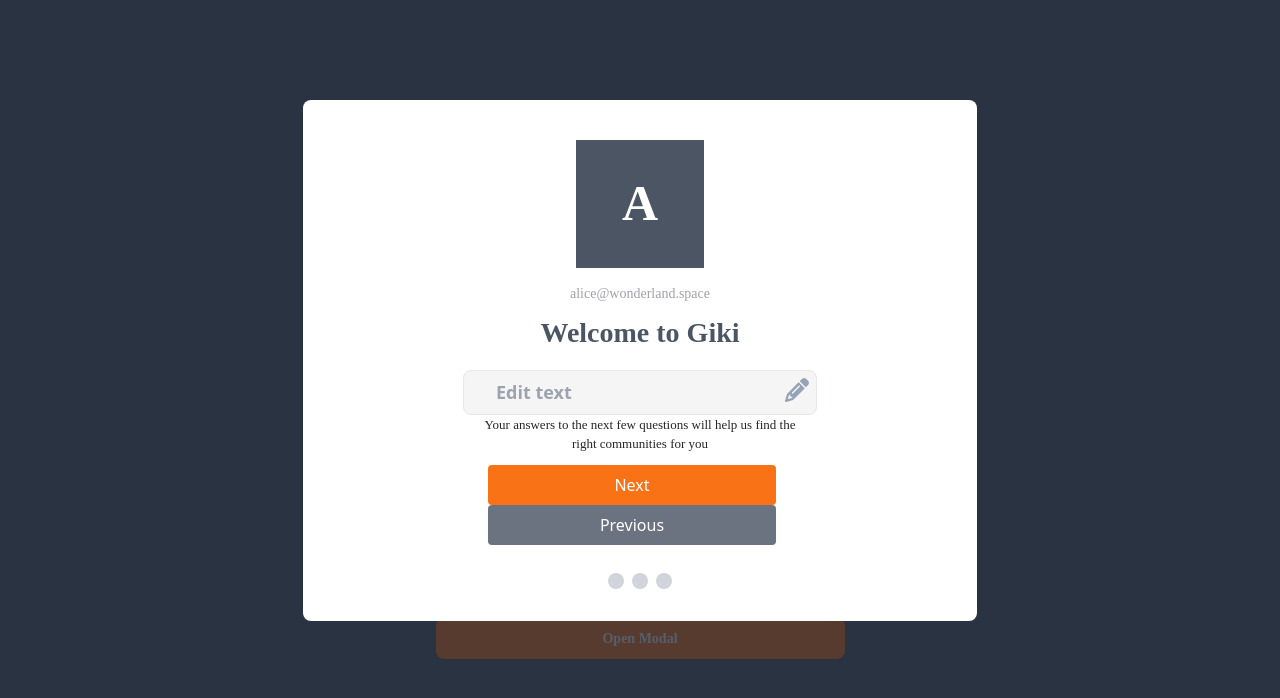
Repository: ZakariaZhlat125/lucatctyteste
Page: /, after clicking the first element matching `button.mt-36`
These files come from the project's save history. The page is drawn as it stood at one moment and after the next save; the edit follows.
The browser window is 1280 px wide. The pictures show the whole page.
The project was rebuilt for these pictures with package versions that can differ from the ones it lists, and the page was loaded fresh each time. Also part of the build but not shown: vite.config.js, src/Components/ModalComponents/PickLang.jsx, src/Components/ModalComponents/SelectImage.jsx.

Above is the page before, as saved 2023-09-29 11:32:10.

After the next save:
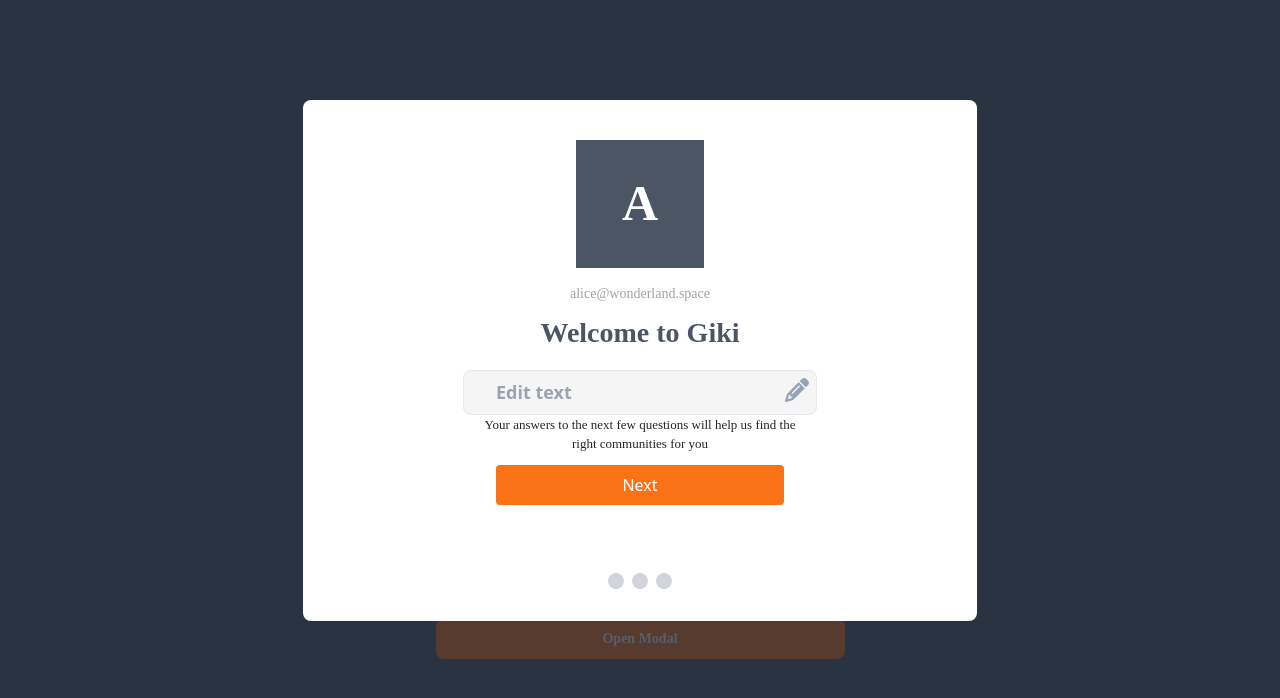
Saved 21 s later.
--- a/src/Components/ModalComponents/Modal.jsx
+++ b/src/Components/ModalComponents/Modal.jsx
@@ -55,9 +55,9 @@
         </button>
         <button
           onClick={prevPage}
-          className="mr-4 w-72 bg-gray-500 text-white px-4 py-2 rounded"
+          className="mr-4   text-white px-4 py-2 rounded"
         >
-          Previous
+          Back
         </button>
         </div>
         <div className="flex mt-4">
